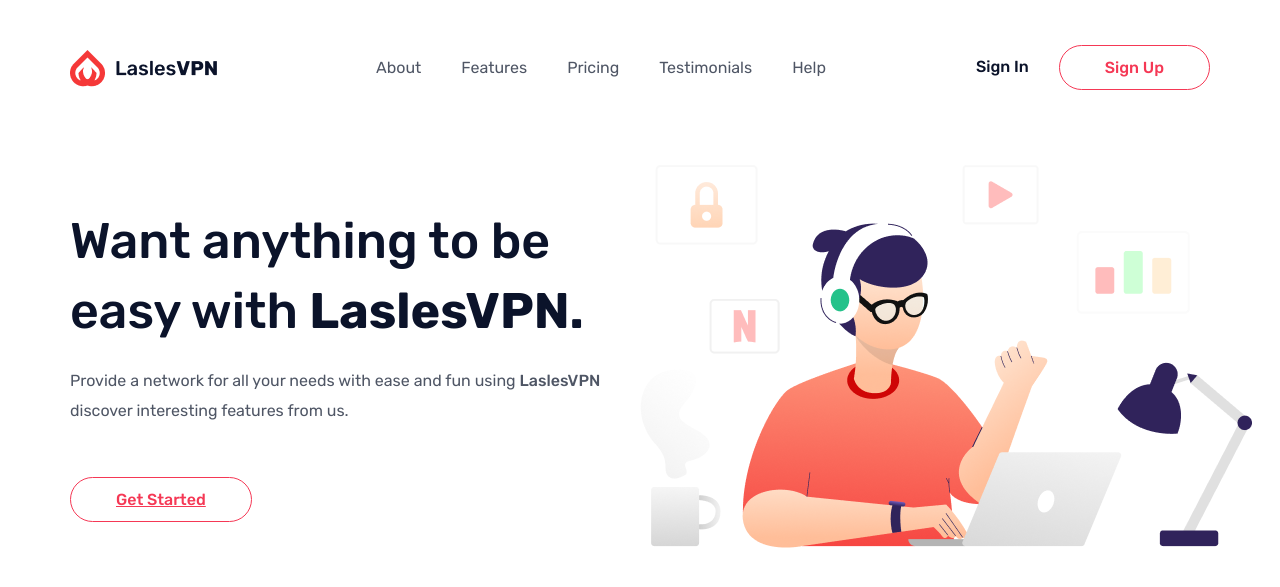
Repository: nafiesallahu/beetroot-fe-g1
Page: Homework10/index.html
The author's editor kept a copy of each file at every save. The page is drawn from the files as they stood at one save, then again after the next save.
The browser window is 1280 px wide. The pictures show the whole page.

Above is the page before, as saved 2021-01-27 19:29:28.

After the next save:
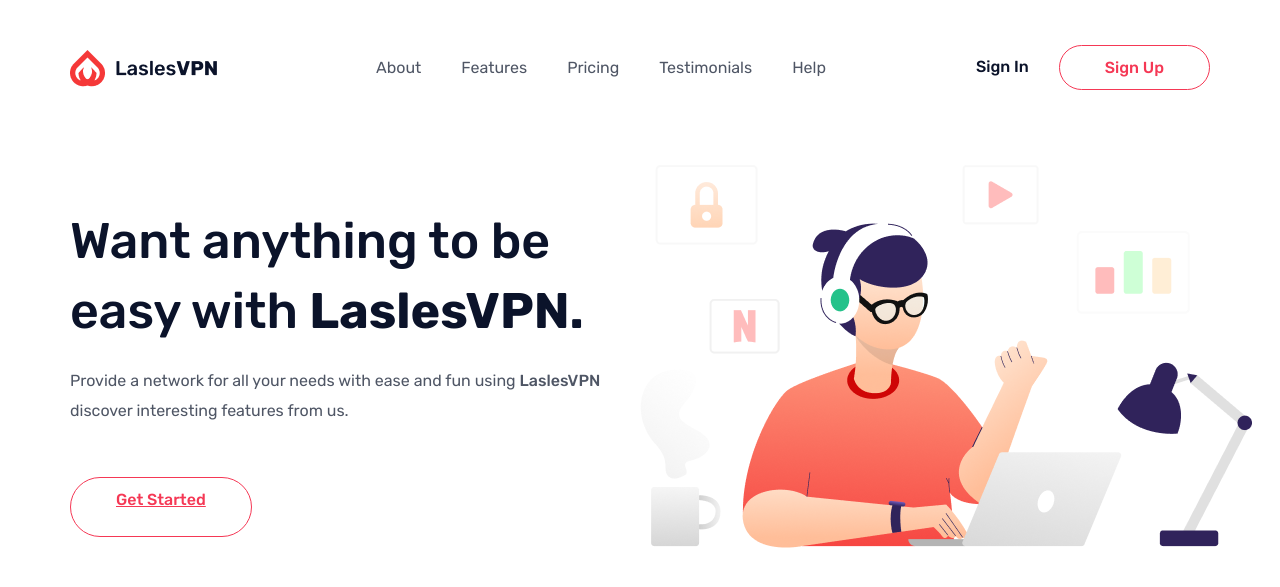
Saved 49 s later.
--- a/Homework10/styles/style.css
+++ b/Homework10/styles/style.css
@@ -147,3 +147,8 @@
 .hero__text p span {
   font-weight: 500;
 }
+
+.hero__text .btn {
+  float: left;
+  height: 60px;
+}
